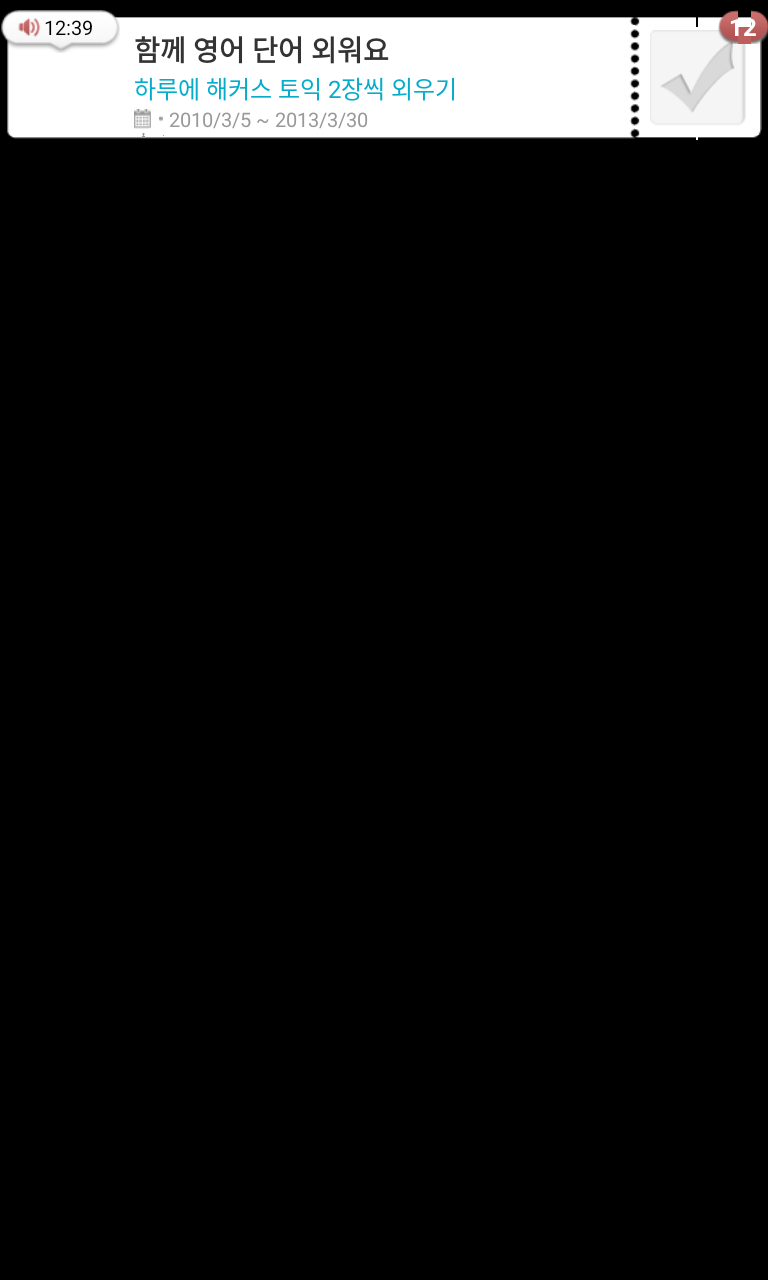
Repository: belhyun/witherest-android
Layout: Witherest/res/layout/mycheck_list_item_row.xml
These files come from the project's save history. The layout is drawn as it stood at one moment and after the next save; the edit follows.
It is drawn on a 768 x 1280 px phone screen (xhdpi) without system bars, with theme android:Theme.Holo; the app's code is not run.

Above is the layout before, as saved 2013-07-06 09:30:23.

After the next save:
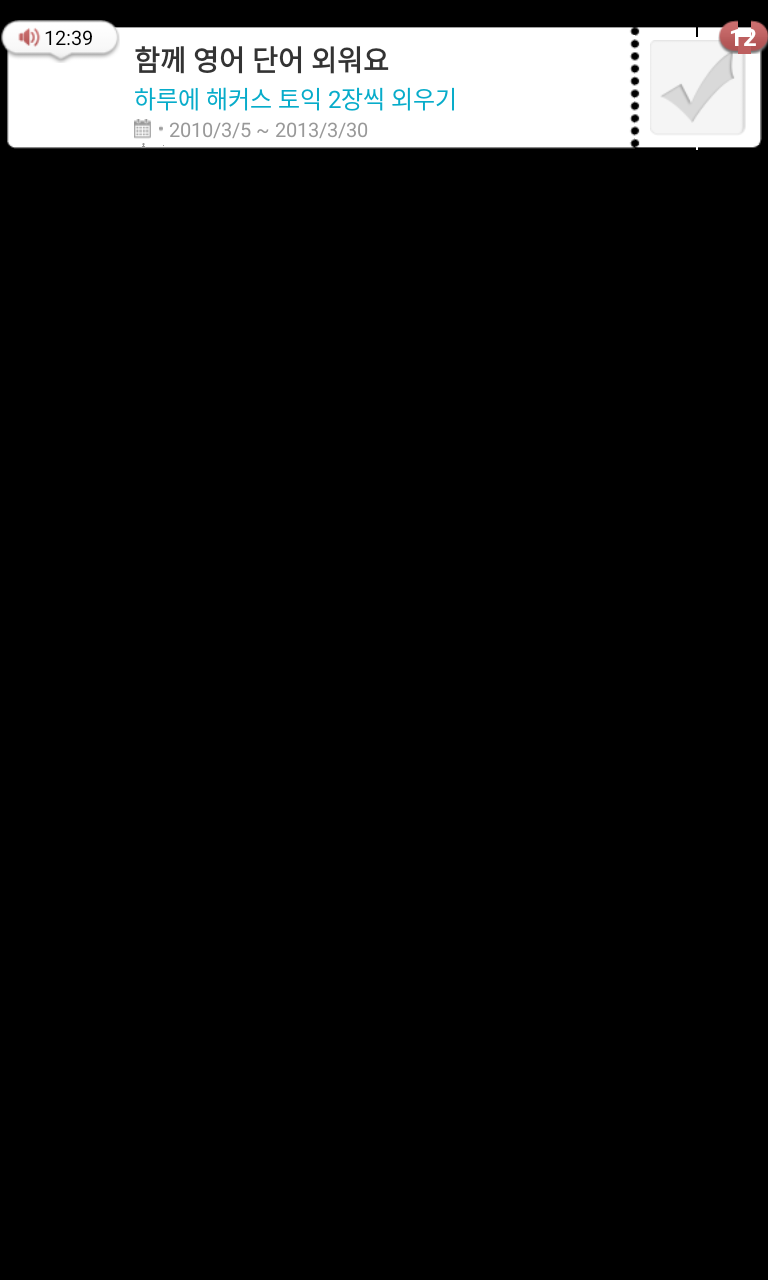
Saved 12 s later.
--- a/Witherest/res/layout/mycheck_list_item_row.xml
+++ b/Witherest/res/layout/mycheck_list_item_row.xml
@@ -2,8 +2,8 @@
 <RelativeLayout xmlns:android="http://schemas.android.com/apk/res/android"
     android:layout_width="fill_parent"
     android:layout_height="fill_parent"
-    android:paddingTop="5dip"
-    android:paddingBottom="5dp" >
+    android:paddingTop="10dip"
+    android:paddingBottom="10dp" >
 
     <RelativeLayout
         android:id="@+id/main_contaniner"
